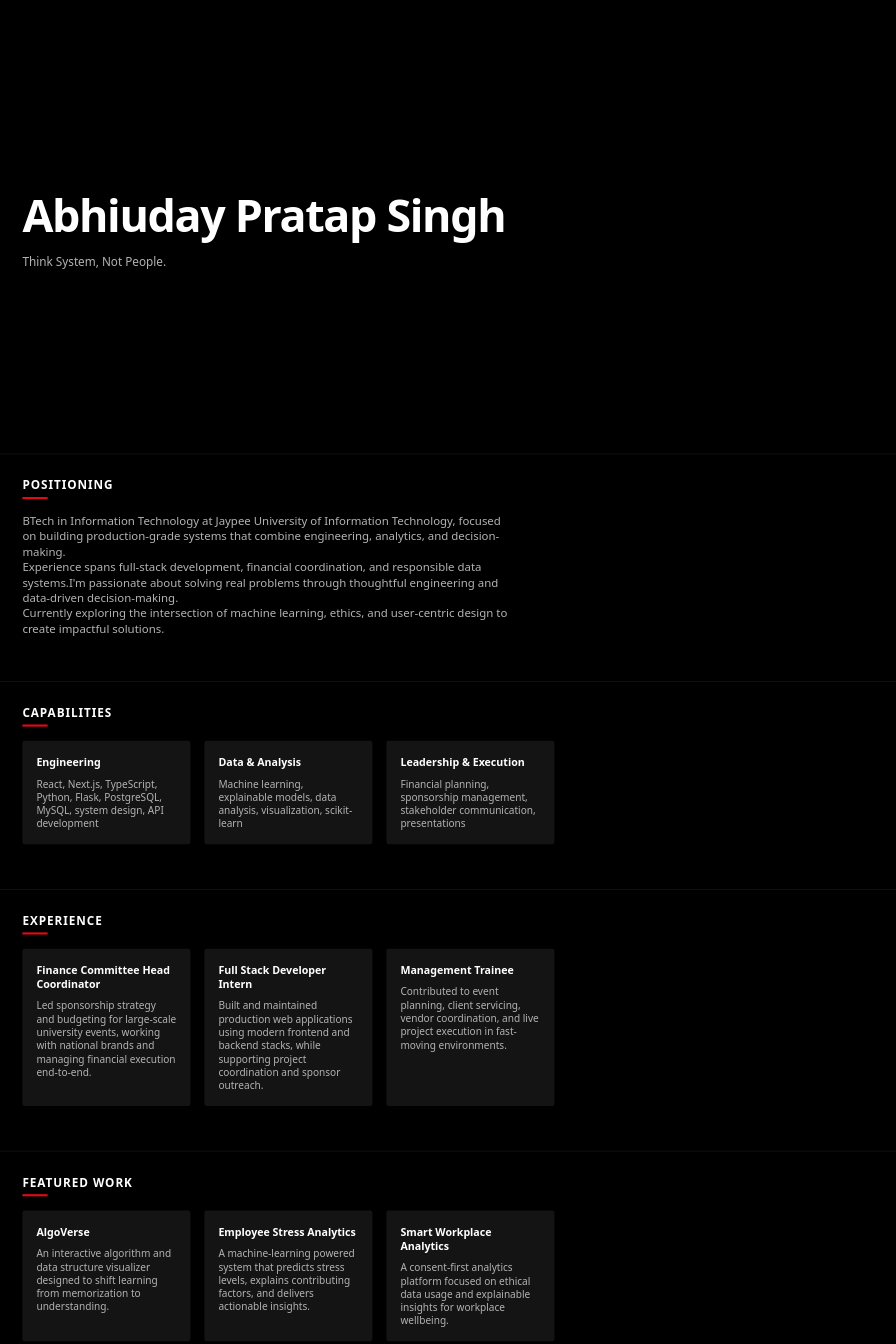
Repository: PratapOP/main-portfolio
Page: / (app in frontend/)
The author's editor kept a copy of each file at every save. The page is drawn from the files as they stood at one save, then again after a run of saves.
The browser window is 1280 px wide. The pictures show the part of the page from y = 0 to 1920 px (the page is 2844 px tall), at 70% of full size.
The project was rebuilt for these pictures with package versions that can differ from the ones it lists, and the page was loaded fresh each time. Also part of the build but not shown: frontend/vite.config.js.

Above is the page before, as saved 2026-01-01 18:53:10.

After the next 2 saves:
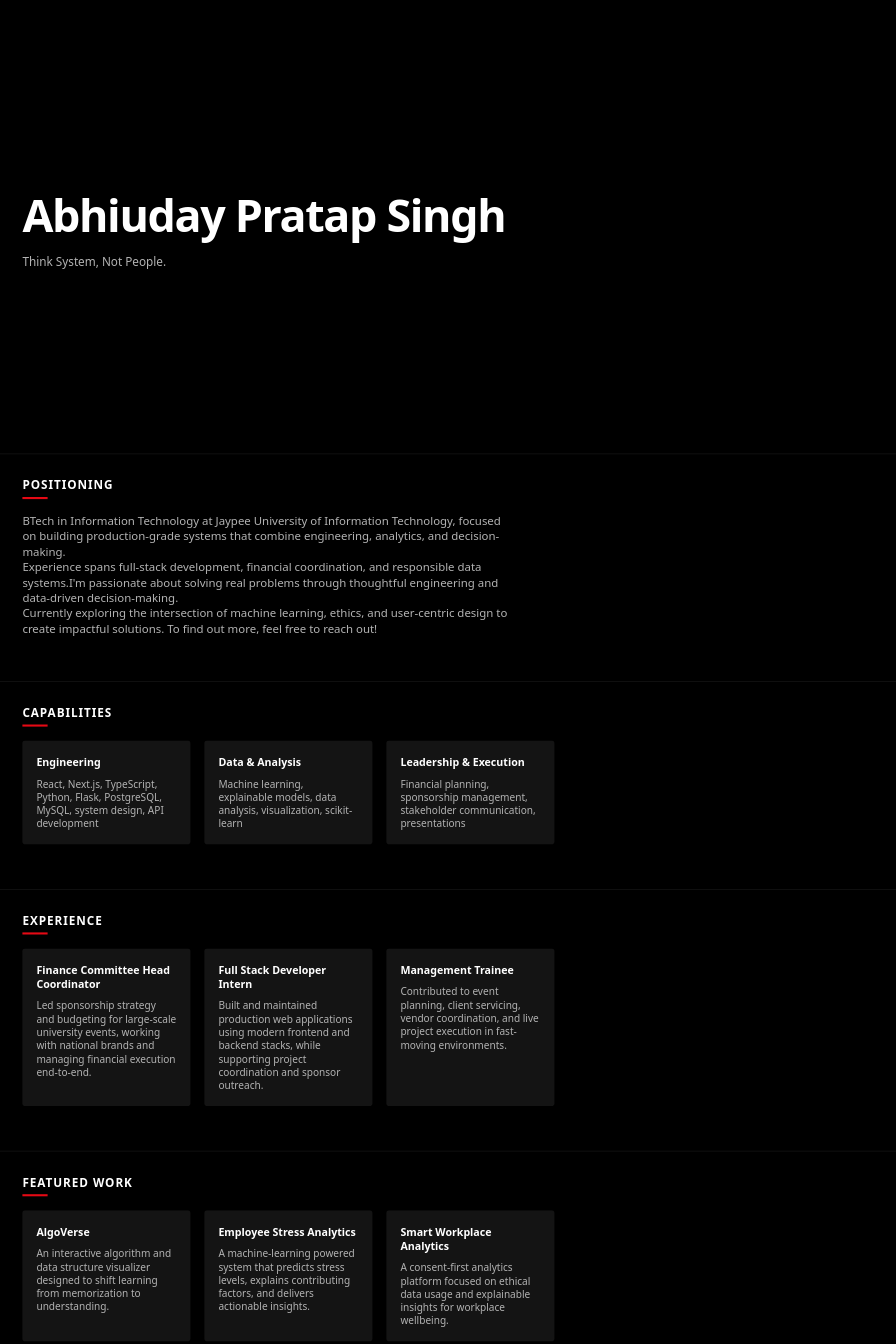
The 2 saves are shown as one change because they came seconds apart.
The last was saved 9 s later.
--- a/frontend/src/sections.jsx
+++ b/frontend/src/sections.jsx
@@ -59,7 +59,7 @@
             and responsible data systems.I'm passionate about solving real problems through thoughtful engineering and data-driven decision-making.
             <br/>
             Currently exploring the intersection of machine learning, ethics, and user-centric design to create impactful solutions.
-
+            To find out more, feel free to reach out!
             </p>
         </div>
         </motion.section>
